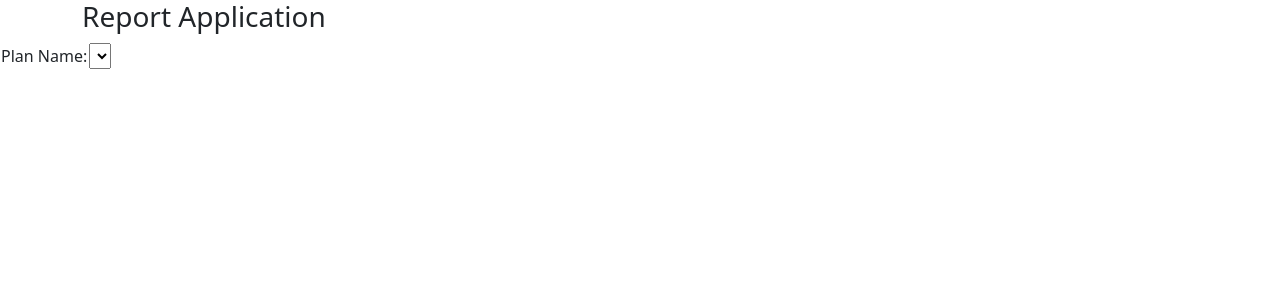
Repository: dubeygaurav52/SpringBoot_Microservices_Concepts
Page: http://localhost/01_Report_App/pages/index.jsp
These files come from the project's save history. The page is drawn as it stood at one moment and after the next save; the edit follows.
The browser window is 1280 px wide. The pictures show the whole page.
The page is served by Tomcat 9. Other server files are loaded and not shown.

Above is the page before, as saved 2025-05-01 14:15:20.

### 01_Report_App/src/main/webapp/pages/index.jsp
<%@ page language="java" contentType="text/html; charset=UTF-8"
    pageEncoding="UTF-8"%>
<!DOCTYPE html>

<%@ taglib uri="http://www.springframework.org/tags" prefix="form" %>

<html>
<head>
 <meta charset="utf-8">
    <meta name="viewport" content="width=device-width, initial-scale=1">
    <title>Reports App</title>
    <link href="https://cdn.jsdelivr.net/npm/bootstrap@5.3.5/dist/css/bootstrap.min.css" rel="stylesheet" integrity="sha384-SgOJa3DmI69IUzQ2PVdRZhwQ+dy64/BUtbMJw1MZ8t5HZApcHrRKUc4W0kG879m7" crossorigin="anonymous">
</head>
<body>
<div class="container">
<h3>Report Application</h3>
<!-- <button class="btn btn-primary">Submit</button> -->
</div>

<form action="" modelAttribute="search" method="POST">

<table>
<tr>
<td>Plan Name:</td>
<td>
<select path="planName"></select>
</td>

</tr>
</table>

</form>

<script src="https://cdn.jsdelivr.net/npm/bootstrap@5.3.5/dist/js/bootstrap.bundle.min.js"
integrity="sha384-k6d4wzSIapyDyv1kpU366/PK5hCdSbCRGRCMv+eplOQJWyd1fbcAu9OCUj5zNLiq"
 crossorigin="anonymous"></script>

</body>
</html>

After the next save:
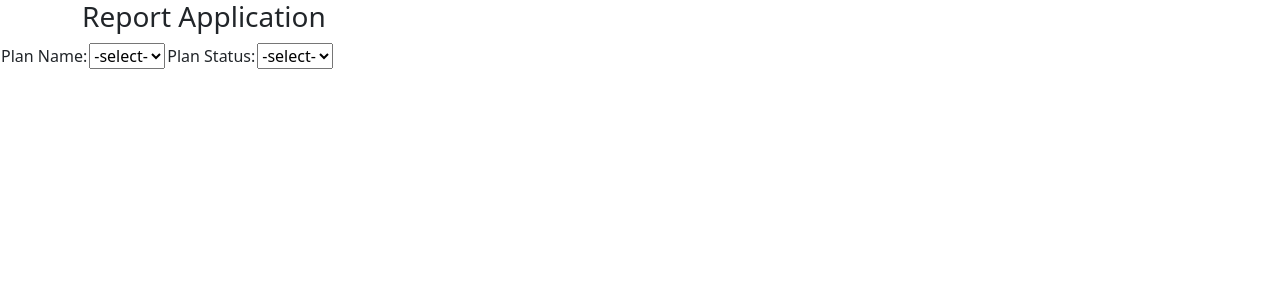
Saved 2 min 59 s later.
--- a/01_Report_App/src/main/webapp/pages/index.jsp
+++ b/01_Report_App/src/main/webapp/pages/index.jsp
@@ -23,9 +23,16 @@
 <tr>
 <td>Plan Name:</td>
 <td>
-<select path="planName"></select>
+<select path="planName">
+<option value="">-select-</option>
+</select>
 </td>
-
+<td>Plan Status:</td>
+<td>
+<select path="planStatus">
+<option value="">-select-</option>
+</select>
+</td>
 </tr>
 </table>
 
